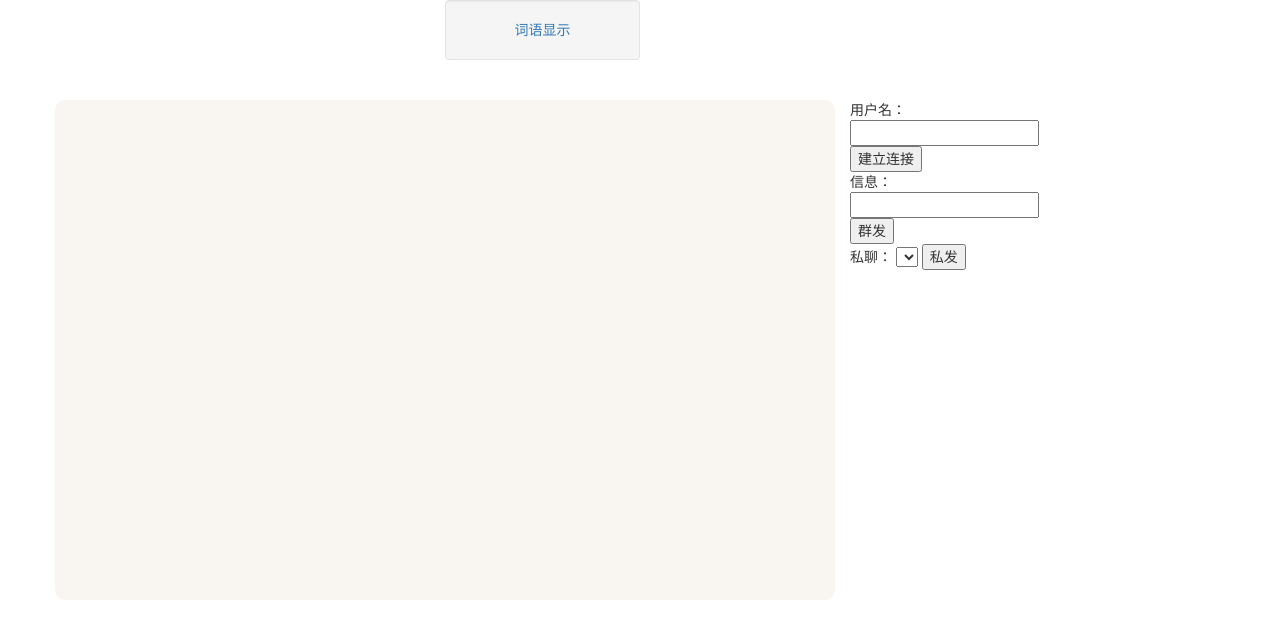
Repository: eheihaha2/whoisthespy-
Page: webDemo/WebContent/room.html
An editor plug-in stored every save of this project. The page is shown before and after the next save, followed by the edit.
The browser window is 1280 px wide. The pictures show the whole page.

Above is the page before, as saved 2020-02-26 01:50:44.

After the next save:
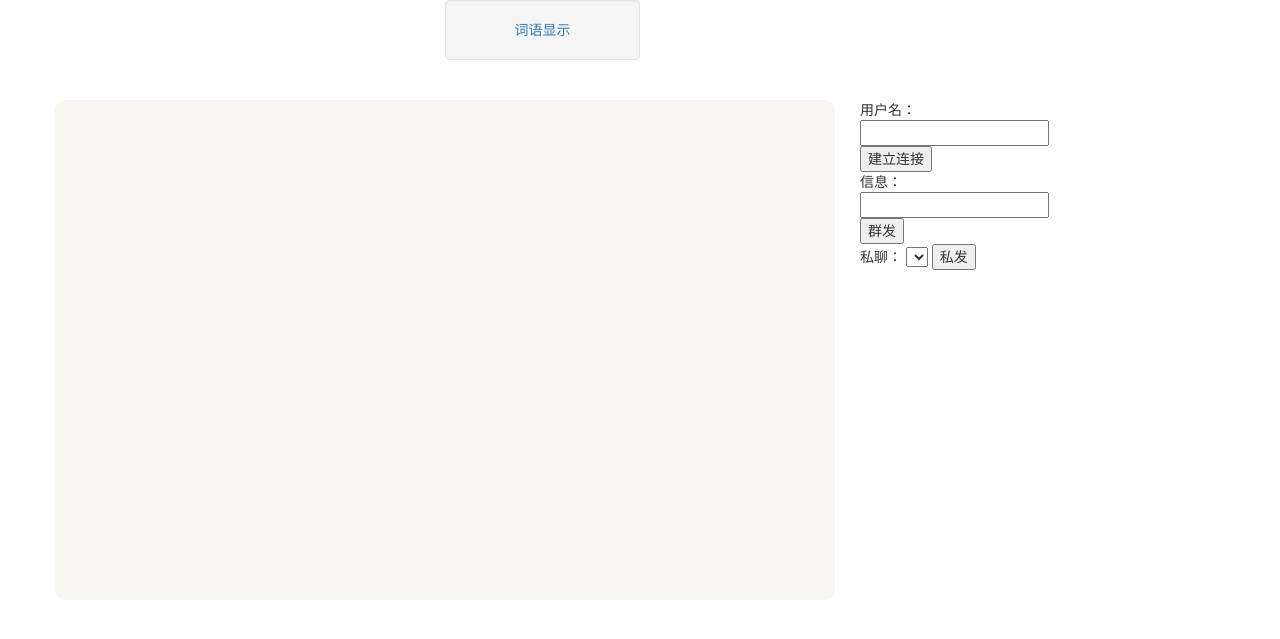
Saved 25 s later.
--- a/webDemo/WebContent/room.html
+++ b/webDemo/WebContent/room.html
@@ -13,7 +13,7 @@
 			border-radius: 10px;
 		}
 		.mss{
-			margin-right:0;
+			margin-left:10px;;
 			margin-top:20px;
 			border-radius: 10px;
 		}
